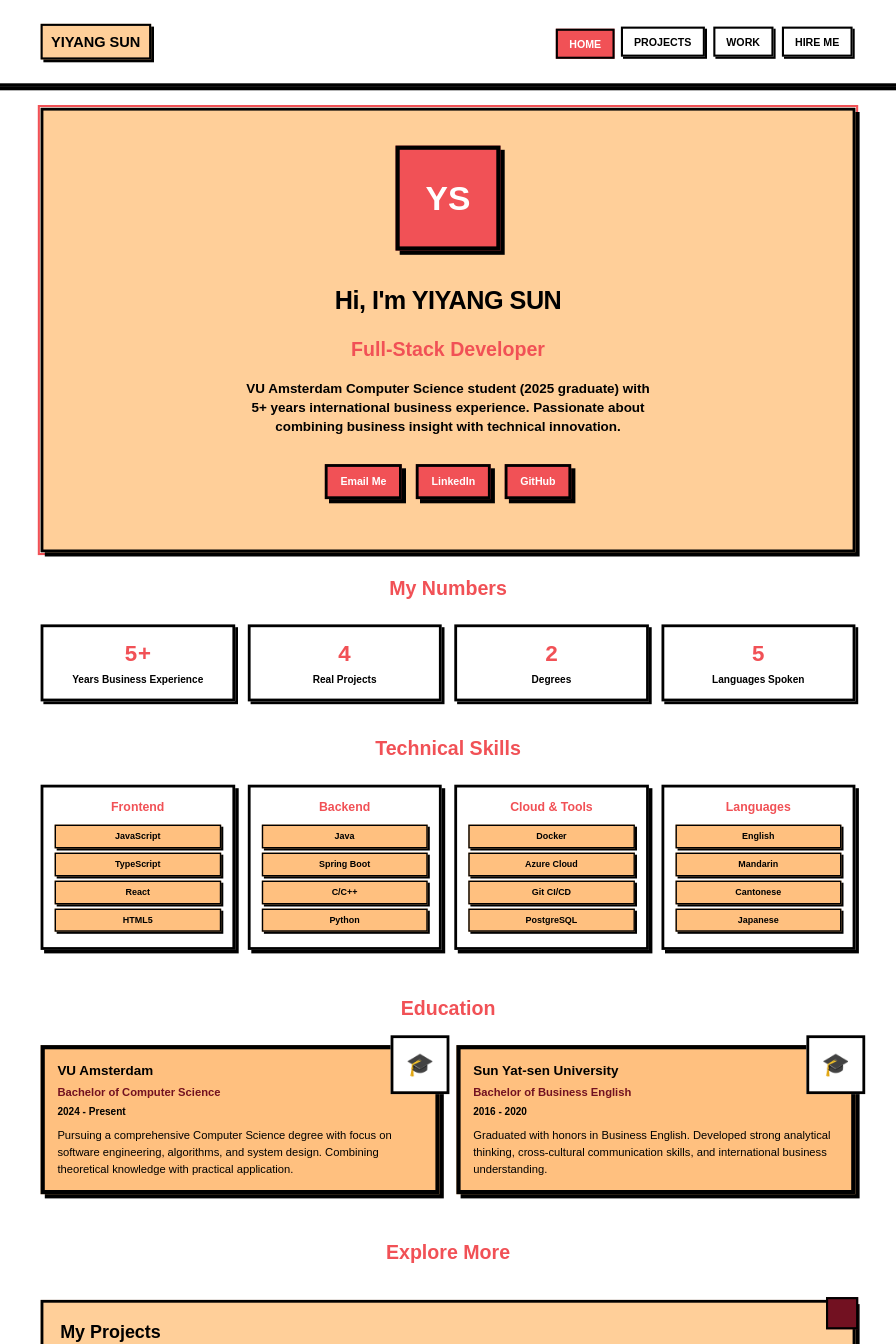
Repository: miloyiyangsun/yiyangsun.github.io
Page: .superdesign/design_iterations/yiyang_home_v2.html
An editor plug-in stored every save of this project. The page is shown before and after the next save, followed by the edit.
The browser window is 1280 px wide. The pictures show the part of the page from y = 0 to 1920 px (the page is 2610 px tall), at 70% of full size.

Above is the page before, as saved 2025-09-03 18:13:02.

After the next save:
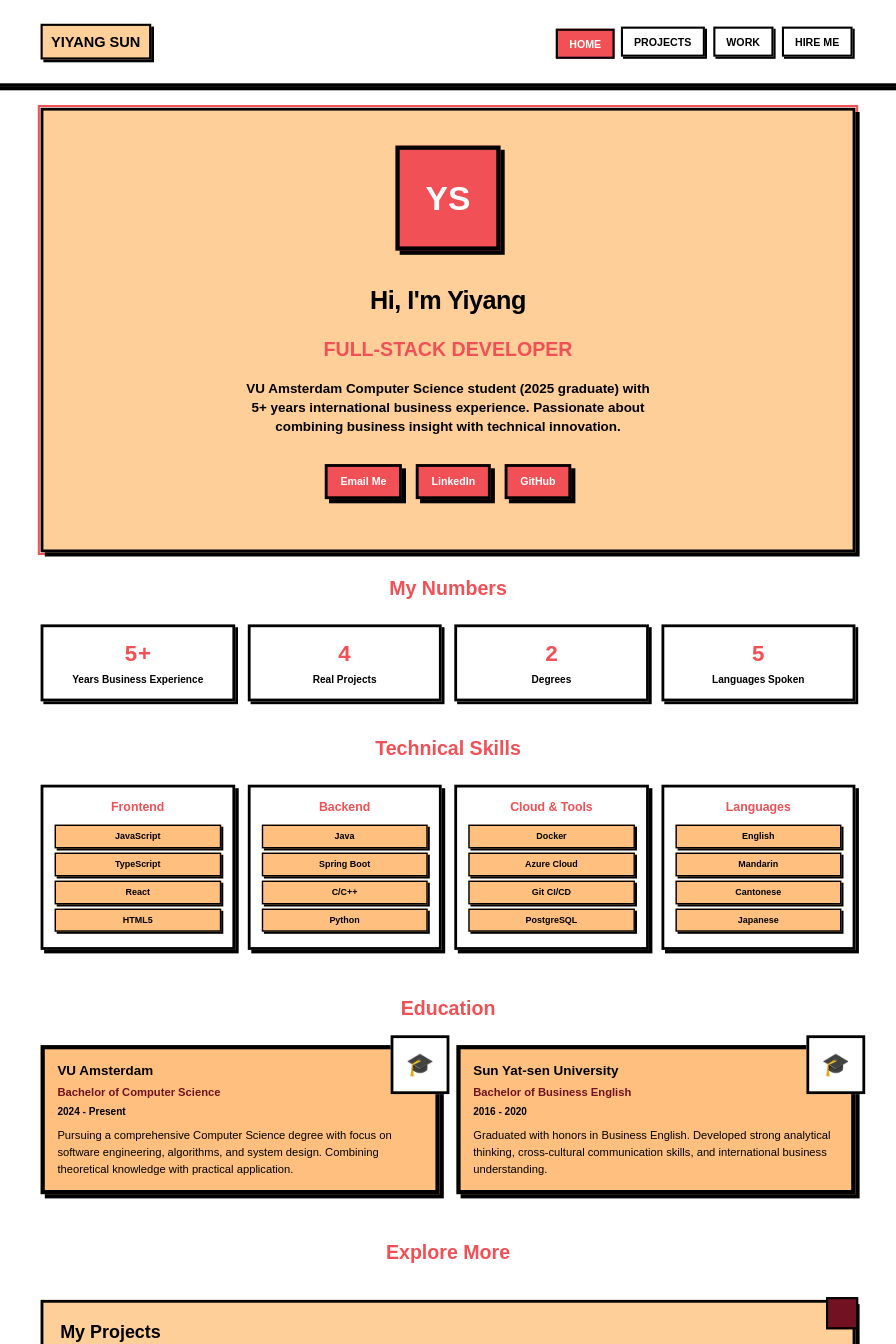
Saved 69 s later.
--- a/.superdesign/design_iterations/yiyang_home_v2.html
+++ b/.superdesign/design_iterations/yiyang_home_v2.html
@@ -287,8 +287,8 @@
                     <div class="brutalist-avatar"></div>
                 </div>
 
-                <h1 class="title-huge" style="margin: 24px 0;">Hi, I'm YIYANG SUN</h1>
-                <h2 class="title-large" style="margin: 16px 0;";uppercase>Full-Stack Developer</h2>
+                <h1 class="title-huge" style="margin: 24px 0;">Hi, I'm Yiyang</h1>
+                <h2 class="title-large" style="margin: 16px 0; text-transform: uppercase;">Full-Stack Developer</h2>
 
                 <p style="font-size: 1.2rem; max-width: 600px; margin: 24px auto; font-weight: 700;">
                     VU Amsterdam Computer Science student (2025 graduate) with 5+ years international business experience.
